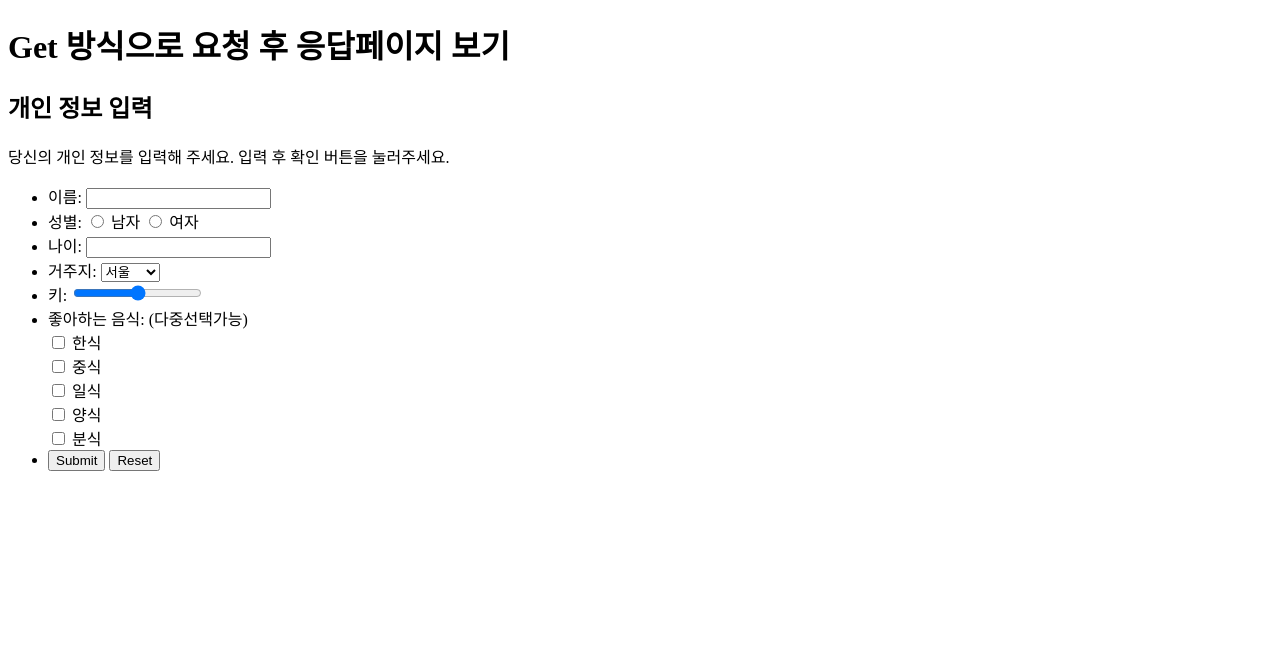
Repository: 1400CP/05_server-workspace1
Page: 1_Servlet/WebContent/views/requestTest_GET.html
The author's editor kept a copy of each file at every save. The page is drawn from the files as they stood at one save, then again after the next save.
The browser window is 1280 px wide. The pictures show the whole page.

Above is the page before, as saved 2025-02-14 02:07:15.

After the next save:
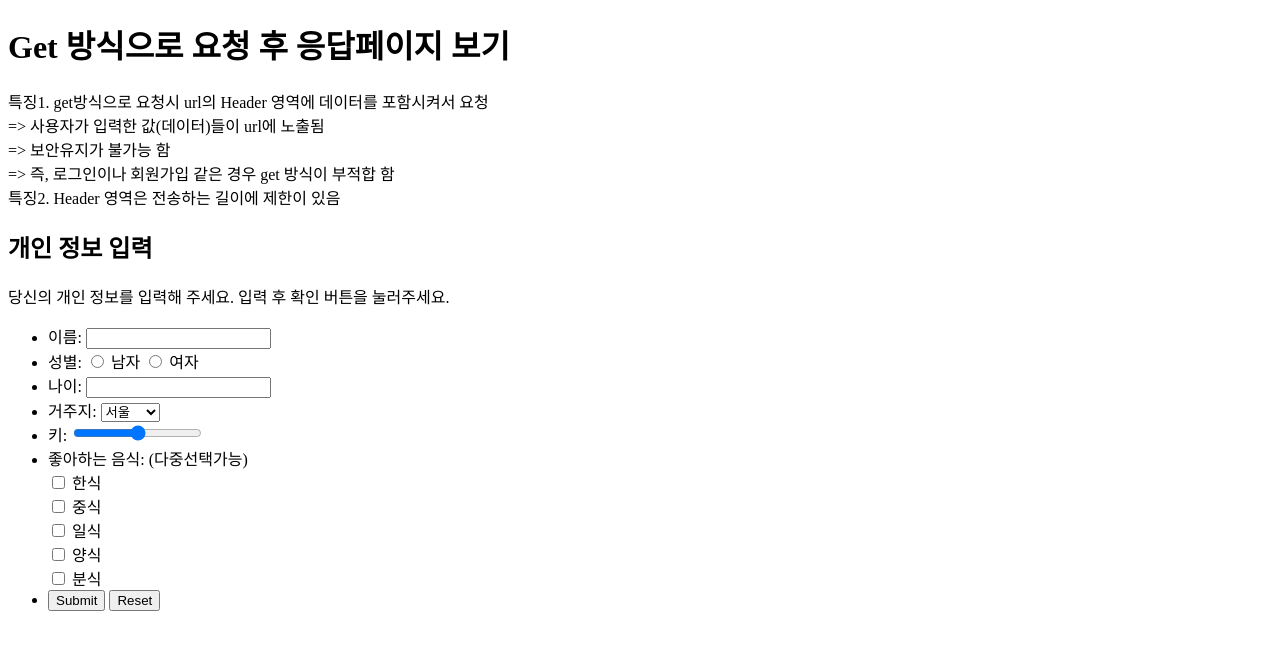
Saved 2 min 14 s later.
--- a/1_Servlet/WebContent/views/requestTest_GET.html
+++ b/1_Servlet/WebContent/views/requestTest_GET.html
@@ -15,9 +15,21 @@
 <body>
 
 	<h1>Get 방식으로 요청 후 응답페이지 보기</h1>
+	<p>
+		특징1. get방식으로 요청시 url의 Header 영역에 데이터를 포함시켜서 요청 <br>
+			=> 사용자가 입력한 값(데이터)들이 url에 노출됨 <br>
+			=> 보안유지가 불가능 함 <br>
+			=> 즉, 로그인이나 회원가입 같은 경우 get 방식이 부적합 함 <br>
+
+		특징2. Header 영역은 전송하는 길이에 제한이 있음 <br>
+
+
+	</p>
+
 
 	<h2>개인 정보 입력</h2>
 	<p>당신의 개인 정보를 입력해 주세요. 입력 후 확인 버튼을 눌러주세요.</p>
+
 
 	<!-- method는 GET 또는 POST가 있다. -->
 	<!-- get 방식으로 하면 정보가 다 보인다. -->
